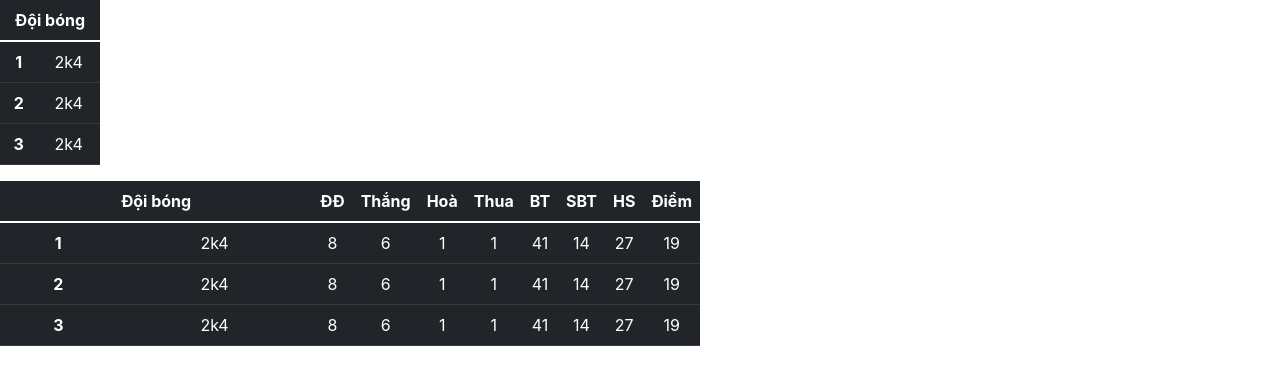
Repository: tuan842001/thulam
Page: /
An editor plug-in stored every save of this project. The page is shown before and after the next save, followed by the edit.
The browser window is 1280 px wide. The pictures show the whole page.
The project was rebuilt for these pictures with package versions that can differ from the ones it lists, and the page was loaded fresh each time.

Above is the page before, as saved 2022-01-11 15:13:09.

After the next save:
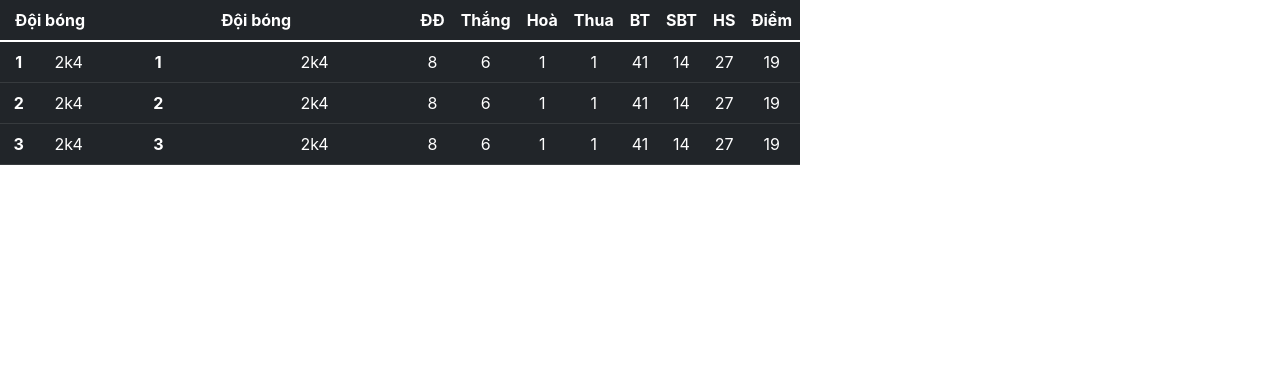
Saved 20 s later.
--- a/src/App.js
+++ b/src/App.js
@@ -3,7 +3,7 @@ import { Table } from "./components/table/Table";
 
 function App() {
   return (
-    <div className="App">
+    <div className="App" style={{ display: "flex" }}>
       <Table />
       <table
         className="table table-dark table-hover"
